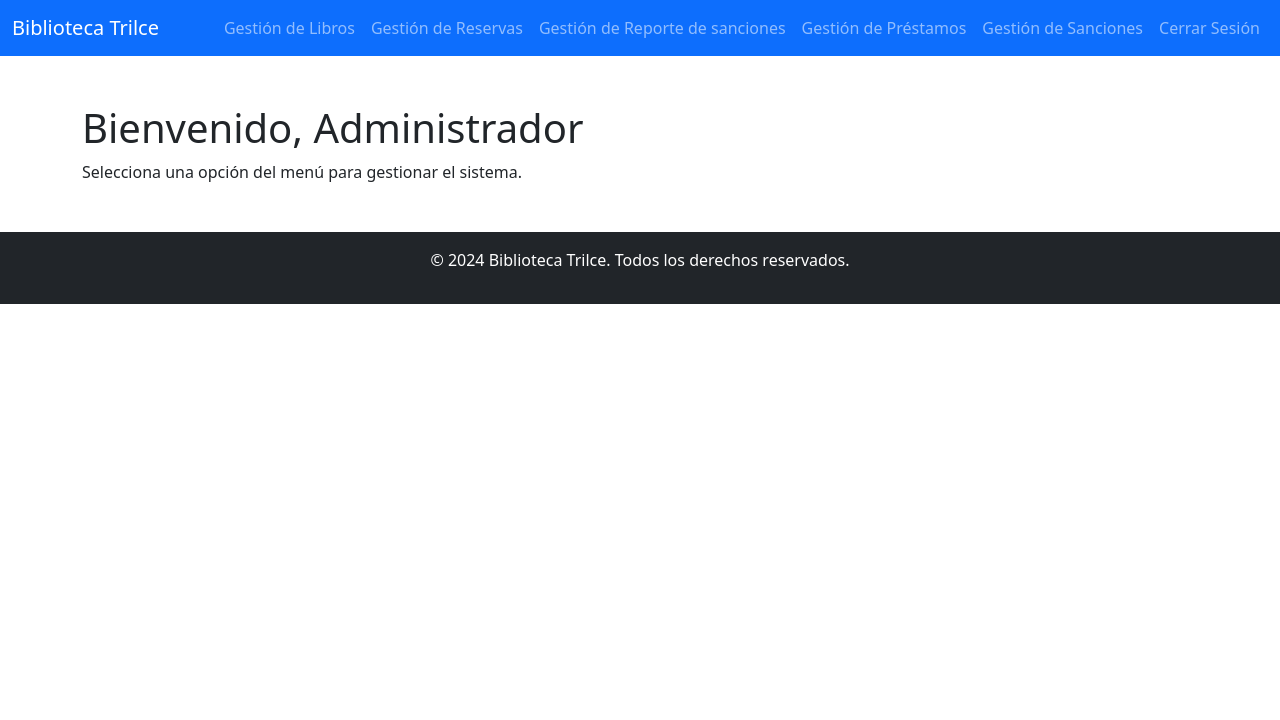
Repository: maycky02/Bibloteca_integrador
Page: http://localhost/admin/dashboard
These files come from the project's save history. The page is drawn as it stood at one moment and after the next save; the edit follows.
The browser window is 1280 px wide. The pictures show the whole page.
The page is this project's Thymeleaf template; nobody is signed in. Other server files are loaded and not shown. The template is opened directly, without the code that normally fills it, so the values that code supplies are empty.

Above is the page before, as saved 2024-12-01 06:05:08.

### Bibloteca/src/main/resources/templates/admin/dashboard.html
<!DOCTYPE html>
<html lang="es">
<head>
    <meta charset="UTF-8">
    <meta name="viewport" content="width=device-width, initial-scale=1.0">
    <title>Dashboard - Administrador</title>
    <link href="https://cdn.jsdelivr.net/npm/bootstrap@5.3.0/dist/css/bootstrap.min.css" rel="stylesheet">
</head>
<body>
    <nav class="navbar navbar-expand-lg navbar-dark bg-primary">
        <div class="container-fluid">
            <a class="navbar-brand" href="#">Biblioteca Trilce</a>
            <button class="navbar-toggler" type="button" data-bs-toggle="collapse" data-bs-target="#navbarNav" aria-controls="navbarNav" aria-expanded="false" aria-label="Toggle navigation">
                <span class="navbar-toggler-icon"></span>
            </button>
            <div class="collapse navbar-collapse" id="navbarNav">
                <ul class="navbar-nav ms-auto">
                    <li class="nav-item">
                        <a class="nav-link" href="/admin/libros">Gestión de Libros</a>
                    </li>
                    <li class="nav-item">
                        <a class="nav-link" href="/admin/reservas">Gestión de Reservas</a>
                    </li>
                    <li class="nav-item">
                        <a class="nav-link" href="/admin/reportedesanciones">Gestión de Reporte de sanciones</a>
                    </li>
                    <li class="nav-item">
                        <a class="nav-link" href="/admin/prestamos">Gestión de Préstamos</a>
                    </li>
                    <li class="nav-item">
                    <li class="nav-item">
                        <a class="nav-link" href="/admin/sanciones">Gestión de Sanciones</a>
                    </li>
                    <li class="nav-item">
                        <a class="nav-link" href="/logout">Cerrar Sesión</a>
                    </li>
                </ul>
            </div>
        </div>
    </nav>

    <div class="container mt-5">
        <h1>Bienvenido, Administrador</h1>
        <p>Selecciona una opción del menú para gestionar el sistema.</p>
    </div>

    <footer class="bg-dark text-white text-center py-3 mt-5">
        <p>&copy; 2024 Biblioteca Trilce. Todos los derechos reservados.</p>
    </footer>

    <script src="https://cdn.jsdelivr.net/npm/bootstrap@5.3.0/dist/js/bootstrap.bundle.min.js"></script>
</body>
</html>

Loaded but not shown: Bibloteca/src/main/resources/static/css/sb-admin-2.min.css (library); Bibloteca/src/main/resources/static/js/sb-admin-2.min.js (common file)

After the next save:
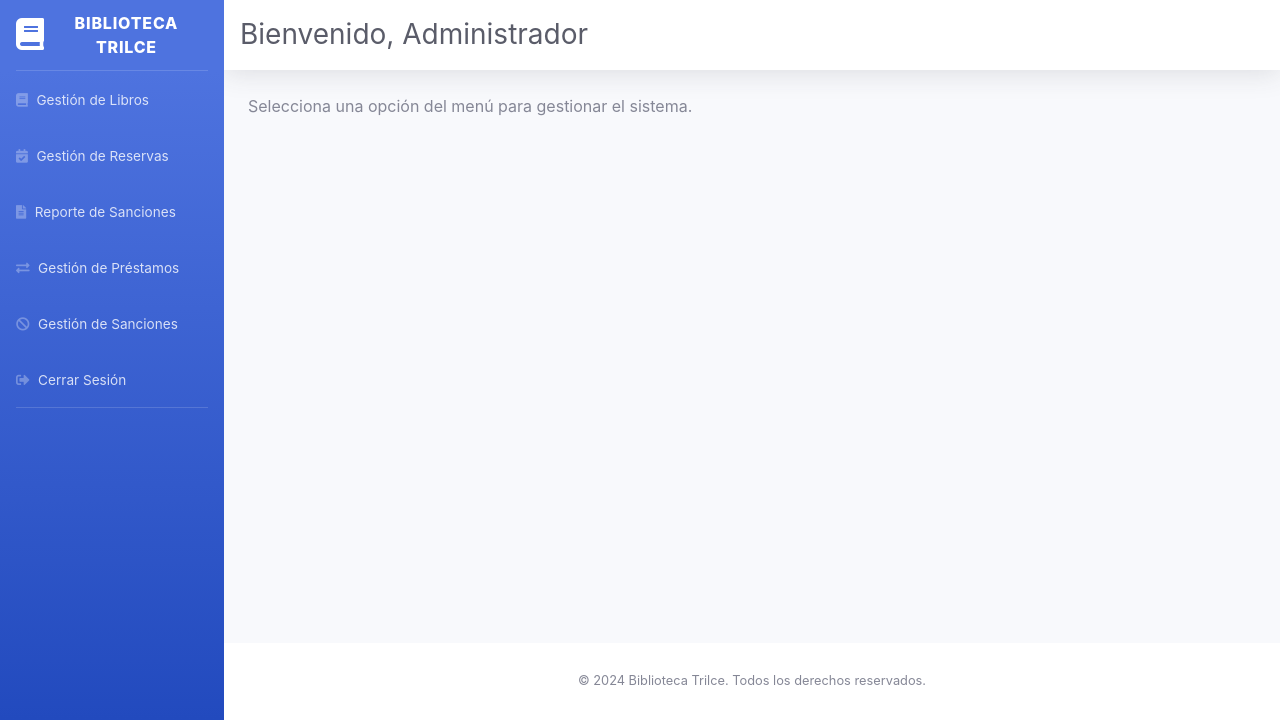
Not found: Bibloteca/Bibloteca/src/main/resources/static/vendor/jquery-easing/jquery.easing.min.js
Saved 8 min 5 s later.
--- a/Bibloteca/src/main/resources/templates/admin/dashboard.html
+++ b/Bibloteca/src/main/resources/templates/admin/dashboard.html
@@ -4,50 +4,91 @@
     <meta charset="UTF-8">
     <meta name="viewport" content="width=device-width, initial-scale=1.0">
     <title>Dashboard - Administrador</title>
-    <link href="https://cdn.jsdelivr.net/npm/bootstrap@5.3.0/dist/css/bootstrap.min.css" rel="stylesheet">
+    <!-- CSS de SB Admin 2 -->
+    <link href="/Bibloteca/src/main/resources/static/css/sb-admin-2.min.css" rel="stylesheet">
+    <!-- Iconos -->
+    <link href="/Bibloteca/src/main/resources/static/vendor/fontawesome-free/css/all.min.css" rel="stylesheet">
 </head>
-<body>
-    <nav class="navbar navbar-expand-lg navbar-dark bg-primary">
-        <div class="container-fluid">
-            <a class="navbar-brand" href="#">Biblioteca Trilce</a>
-            <button class="navbar-toggler" type="button" data-bs-toggle="collapse" data-bs-target="#navbarNav" aria-controls="navbarNav" aria-expanded="false" aria-label="Toggle navigation">
-                <span class="navbar-toggler-icon"></span>
-            </button>
-            <div class="collapse navbar-collapse" id="navbarNav">
-                <ul class="navbar-nav ms-auto">
-                    <li class="nav-item">
-                        <a class="nav-link" href="/admin/libros">Gestión de Libros</a>
-                    </li>
-                    <li class="nav-item">
-                        <a class="nav-link" href="/admin/reservas">Gestión de Reservas</a>
-                    </li>
-                    <li class="nav-item">
-                        <a class="nav-link" href="/admin/reportedesanciones">Gestión de Reporte de sanciones</a>
-                    </li>
-                    <li class="nav-item">
-                        <a class="nav-link" href="/admin/prestamos">Gestión de Préstamos</a>
-                    </li>
-                    <li class="nav-item">
-                    <li class="nav-item">
-                        <a class="nav-link" href="/admin/sanciones">Gestión de Sanciones</a>
-                    </li>
-                    <li class="nav-item">
-                        <a class="nav-link" href="/logout">Cerrar Sesión</a>
-                    </li>
-                </ul>
+<body id="page-top">
+    <!-- Contenedor principal -->
+    <div id="wrapper">
+        <!-- Barra lateral -->
+        <ul class="navbar-nav bg-gradient-primary sidebar sidebar-dark accordion" id="accordionSidebar">
+            <!-- Logotipo -->
+            <a class="sidebar-brand d-flex align-items-center justify-content-center" href="#">
+                <div class="sidebar-brand-icon">
+                    <i class="fas fa-book"></i>
+                </div>
+                <div class="sidebar-brand-text mx-3">Biblioteca Trilce</div>
+            </a>
+            <!-- Divider -->
+            <hr class="sidebar-divider my-0">
+            <!-- Menú de navegación -->
+            <li class="nav-item">
+                <a class="nav-link" href="/admin/libros">
+                    <i class="fas fa-book"></i>
+                    <span>Gestión de Libros</span>
+                </a>
+            </li>
+            <li class="nav-item">
+                <a class="nav-link" href="/admin/reservas">
+                    <i class="fas fa-calendar-check"></i>
+                    <span>Gestión de Reservas</span>
+                </a>
+            </li>
+            <li class="nav-item">
+                <a class="nav-link" href="/admin/reportedesanciones">
+                    <i class="fas fa-file-alt"></i>
+                    <span>Reporte de Sanciones</span>
+                </a>
+            </li>
+            <li class="nav-item">
+                <a class="nav-link" href="/admin/prestamos">
+                    <i class="fas fa-exchange-alt"></i>
+                    <span>Gestión de Préstamos</span>
+                </a>
+            </li>
+            <li class="nav-item">
+                <a class="nav-link" href="/admin/sanciones">
+                    <i class="fas fa-ban"></i>
+                    <span>Gestión de Sanciones</span>
+                </a>
+            </li>
+            <li class="nav-item">
+                <a class="nav-link" href="/logout">
+                    <i class="fas fa-sign-out-alt"></i>
+                    <span>Cerrar Sesión</span>
+                </a>
+            </li>
+            <!-- Divider -->
+            <hr class="sidebar-divider d-none d-md-block">
+        </ul>
+        <!-- Contenido principal -->
+        <div id="content-wrapper" class="d-flex flex-column">
+            <div id="content">
+                <!-- Barra superior -->
+                <nav class="navbar navbar-expand navbar-light bg-white topbar mb-4 static-top shadow">
+                    <h1 class="h3 mb-0 text-gray-800">Bienvenido, Administrador</h1>
+                </nav>
+                <!-- Contenido -->
+                <div class="container-fluid">
+                    <p>Selecciona una opción del menú para gestionar el sistema.</p>
+                </div>
             </div>
+            <!-- Pie de página -->
+            <footer class="sticky-footer bg-white">
+                <div class="container my-auto">
+                    <div class="copyright text-center my-auto">
+                        <span>&copy; 2024 Biblioteca Trilce. Todos los derechos reservados.</span>
+                    </div>
+                </div>
+            </footer>
         </div>
-    </nav>
-
-    <div class="container mt-5">
-        <h1>Bienvenido, Administrador</h1>
-        <p>Selecciona una opción del menú para gestionar el sistema.</p>
     </div>
-
-    <footer class="bg-dark text-white text-center py-3 mt-5">
-        <p>&copy; 2024 Biblioteca Trilce. Todos los derechos reservados.</p>
-    </footer>
-
-    <script src="https://cdn.jsdelivr.net/npm/bootstrap@5.3.0/dist/js/bootstrap.bundle.min.js"></script>
+    <!-- Scripts de SB Admin 2 -->
+    <script src="/Bibloteca/src/main/resources/static/vendor/jquery/jquery.min.js"></script>
+    <script src="/Bibloteca/src/main/resources/static/vendor/bootstrap/js/bootstrap.bundle.min.js"></script>
+    <script src="/Bibloteca/src/main/resources/static/vendor/jquery-easing/jquery.easing.min.js"></script>
+    <script src="/Bibloteca/src/main/resources/static/js/sb-admin-2.min.js"></script>
 </body>
 </html>
